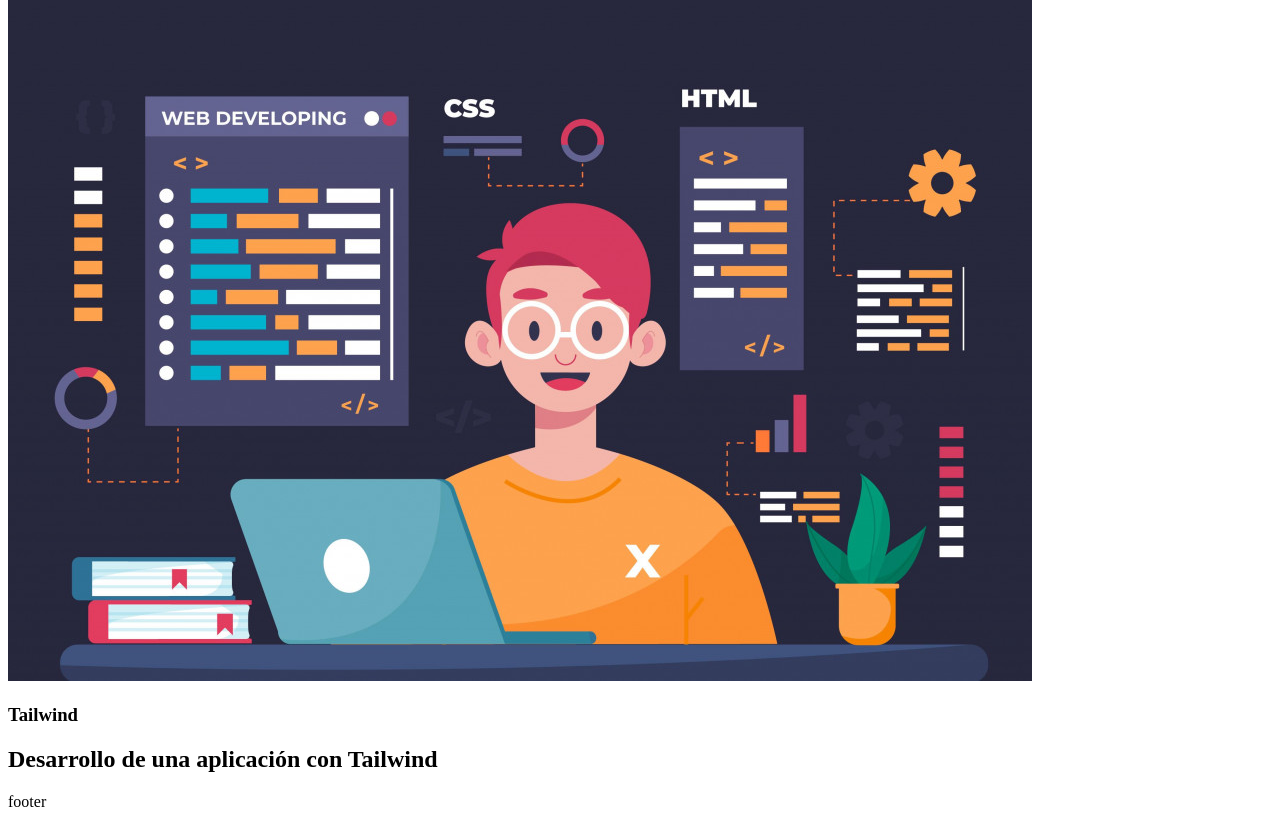
Repository: pedro-donoso/curso-tailwind
Page: index.html
These files come from the project's save history. The page is drawn as it stood at one moment and after a run of saves; the edit follows.
The browser window is 1280 px wide. The pictures show the part of the page from y = 1644 to 2463 px (the page is 2463 px tall).
A picture or video elsewhere on the page could not be fetched, so the positions and the page height are approximate.

Above is the page before, as saved 2024-01-23 13:02:59.

### index.html
<!doctype html>
<html lang="es">

<head>
    <meta charset="UTF-8" />
    <meta name="viewport" content="width=device-width, initial-scale=1.0" />

    <link rel="stylesheet" href="tailwind.css" />

    <title>
        Curso Tailwind
    </title>
</head>

<body class="bg-slate-300">

    <header class="bg-white px-6 shadow">
        <div class="flex h-16 items-center justify-between max-w-6xl mx-auto">
            <button class="text-slate-500 hover:bg-sky-500 hover:text-slate-100 rounded p-1 -ml-1 transition-colors focus:ring-2 focus:ring-slate-200">
                <svg
                class="h-6 w-6"
                fill="none" stroke-width="1.5"
                stroke="currentColor"
                viewBox="0 0 24 24"
                    xmlns="http://www.w3.org/2000/svg" aria-hidden="true">
                    <path stroke-linecap="round" stroke-linejoin="round" d="M3.75 6.75h16.5M3.75 12h16.5m-16.5 5.25h16.5"></path>
                </svg>
            </button>

            <div class="flex -mr-4 items-center">
                 <a
            class="text-sky-500 hover:rotate-6 duration-200"
            href="">
              <svg
        class="h-8 w-8"
        fill="none"
        stroke-width="1.5"
        stroke="currentColor"
        viewBox="0 0 24 24"
            xmlns="http://www.w3.org/2000/svg" aria-hidden="true">
            <path stroke-linecap="round" stroke-linejoin="round"
                d="M4.26 10.147a60.438 60.438 0 0 0-.491 6.347A48.62 48.62 0 0 1 12 20.904a48.62 48.62 0 0 1 8.232-4.41 60.46 60.46 0 0 0-.491-6.347m-15.482 0a50.636 50.636 0 0 0-2.658-.813A59.906 59.906 0 0 1 12 3.493a59.903 59.903 0 0 1 10.399 5.84c-.896.248-1.783.52-2.658.814m-15.482 0A50.717 50.717 0 0 1 12 13.489a50.702 50.702 0 0 1 7.74-3.342M6.75 15a.75.75 0 1 0 0-1.5.75.75 0 0 0 0 1.5Zm0 0v-3.675A55.378 55.378 0 0 1 12 8.443m-7.007 11.55A5.981 5.981 0 0 0 6.75 15.75v-1.5">
            </path>
        </svg>
                </a>

                <div class="space-x-8 ml-8 hidden md:flex">
                    <a class="px-3 py-2 text-sky-500" href="#">Inicio</a>
                    <a class="text-slate-600 transition-colors px-3 py-2 hover:text-sky-500" href="#">Sobre mí</a>
                    <a class="text-slate-600 transition-colors px-3 py-2 hover:text-sky-500" href="#">Novedades</a>
                    <a class="text-slate-600 transition-colors px-3 py-2 hover:text-sky-500" href="#">Contacto</a>
                </div>

            </div>



            <div class="flex ">
                <button class="text-slate-500 hover:text-sky-500 rounded-full transition-colors focus:ring-2 focus:ring-slate-200 focus:ring-offset-1">
                    <svg
                    class="h-6 w-6"
                    fill="none"
                    stroke-width="1.5"
                    stroke="currentColor" viewBox="0 0 24 24"
                        xmlns="http://www.w3.org/2000/svg" aria-hidden="true">
                        <path stroke-linecap="round" stroke-linejoin="round"
                            d="M12 3v2.25m6.364.386-1.591 1.591M21 12h-2.25m-.386 6.364-1.591-1.591M12 18.75V21m-4.773-4.227-1.591 1.591M5.25 12H3m4.227-4.773L5.636 5.636M15.75 12a3.75 3.75 0 1 1-7.5 0 3.75 3.75 0 0 1 7.5 0Z">
                        </path>
                    </svg>
                </button>
                <button class="text-slate-500 hover:text-sky-500 rounded-full transition-colors focus:ring-2 focus:ring-slate-200 focus:ring-offset-1 ml-4">
                    <img class="h-6 w-6 rounded-full" src="https://ui-avatars.com/api?name=Pedro+Donoso" alt="Pedro Donoso">
                </button>
            </div>
        </div>

        <div class="space-y-1 pb-3 border-t pt-2 md:hidden">
            <a class="py-2 rounded-md block px-3 bg-sky-500 text-white" href="#">Inicio</a>

            <a class="text-slate-700 py-2 rounded-md transition-colors hover:bg-sky-500 hover:text-white block px-3"
                href="#">Sobre mí</a>

            <a class="text-slate-700 py-2 rounded-md transition-colors hover:bg-sky-500 hover:text-white block px-3"
                href="#">Novedades</a>

            <a class="text-slate-700 py-2 rounded-md transition-colors hover:bg-sky-500 hover:text-white block px-3"
                href="#">Contacto</a>
        </div>

    </header>

    <main class="p-4">
        <article>
            <div><img src="/public/img/imagen1.jpg" alt=""></div>
            <div>
                <h3>Tailwind</h3>
                <h2>Desarrollo de una aplicación con Tailwind</h2>
            </div>
            <div>footer</div>
        </article>
    </main>

</body>

</html>

Loaded but not shown: tailwind.css (common file)

After the next 2 saves:
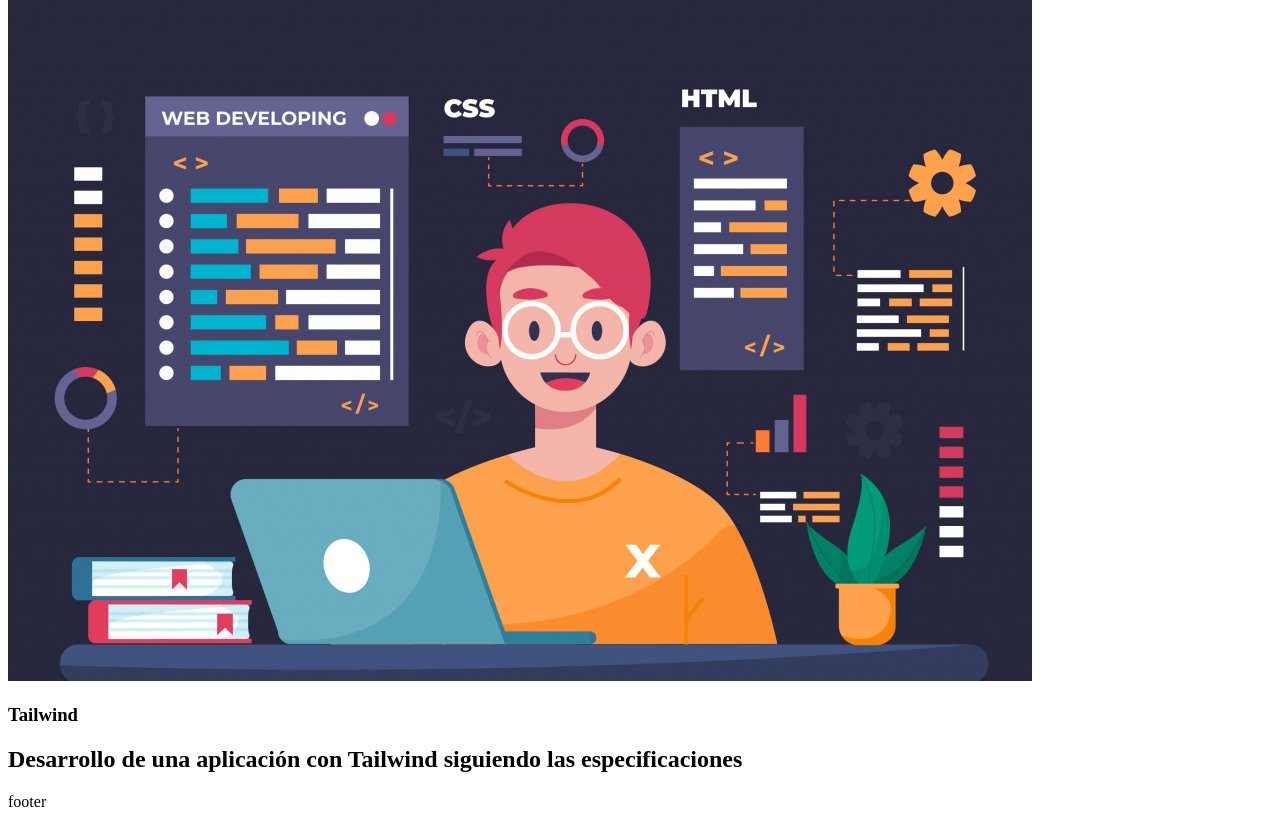
The 2 saves are shown as one change because they came seconds apart.
The last was saved 25 s later.
--- a/index.html
+++ b/index.html
@@ -94,7 +94,7 @@
             <div><img src="/public/img/imagen1.jpg" alt=""></div>
             <div>
                 <h3>Tailwind</h3>
-                <h2>Desarrollo de una aplicación con Tailwind</h2>
+                <h2>Desarrollo de una aplicación con Tailwind siguiendo las especificaciones</h2>
             </div>
             <div>footer</div>
         </article>
